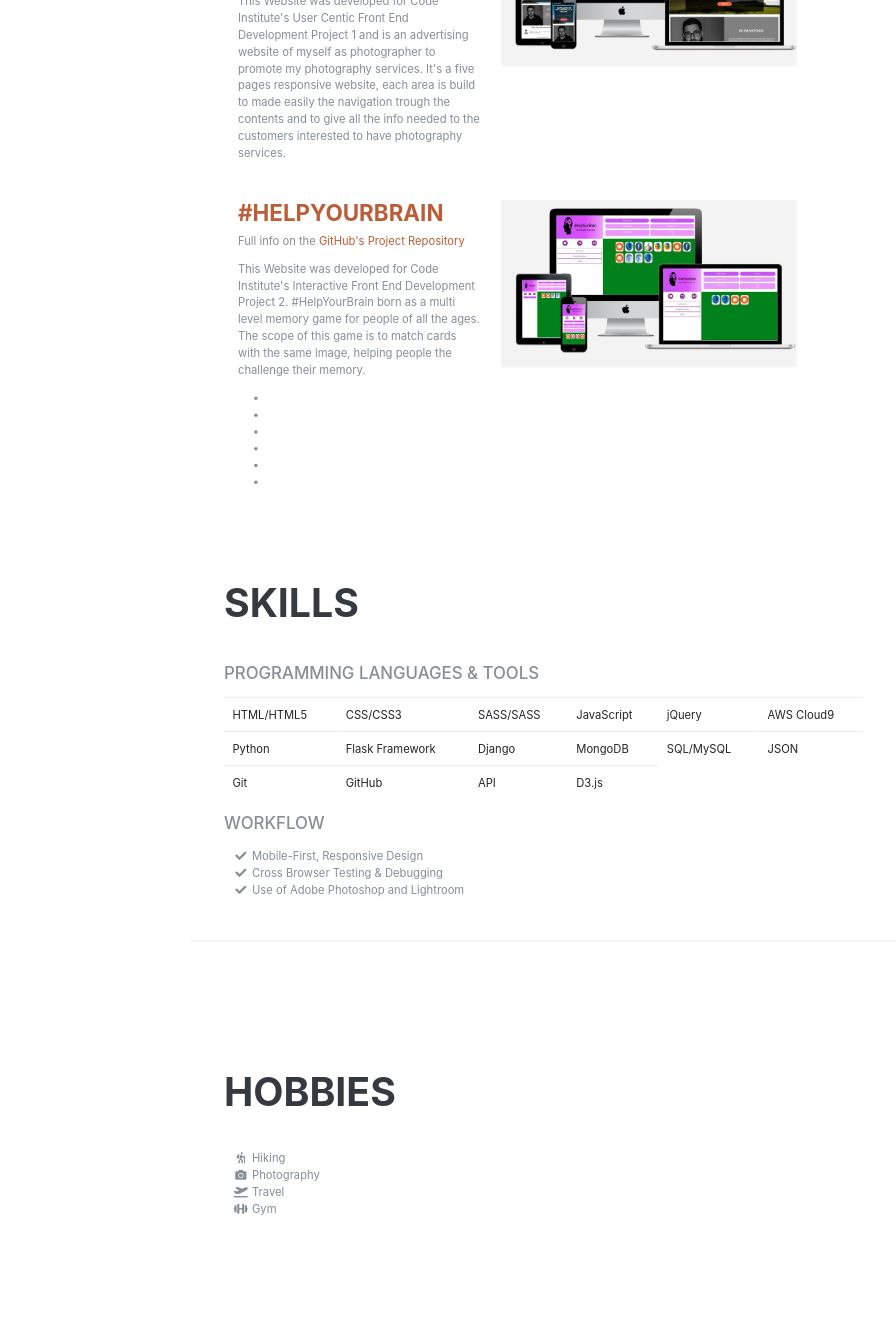
Repository: gello94/antonio_augello_online_Resume
Page: http://localhost/
The author's editor kept a record of every edit. The page is drawn from the files as they stood at one moment, then again after the next edit.
The browser window is 1280 px wide. The pictures show the part of the page from y = 2642 to 4562 px (the page is 4562 px tall before and 4514 px after), at 70% of full size.
Some web fonts or font styles are not loaded; a fallback is used. The page is served by the project's application, run on Flask 3 (run.py). Other server files are loaded and not shown.

Above is the page before.

### templates/index.html
<!DOCTYPE html>
<html lang="en">

<head>

  <meta charset="utf-8">
  <meta name="viewport" content="width=device-width, initial-scale=1, shrink-to-fit=no">
  <meta name="description" content="">
  <meta name="author" content="">

  <title>Resume - Start Bootstrap Theme</title>

  <!-- Bootstrap core CSS -->
  <link href="{{ url_for('static', filename='vendor/bootstrap/css/bootstrap.min.css')}}" rel="stylesheet">

  <!-- Custom fonts for this template -->
  <link href="https://fonts.googleapis.com/css?family=Saira+Extra+Condensed:500,700" rel="stylesheet">
  <link href="https://fonts.googleapis.com/css?family=Muli:400,400i,800,800i" rel="stylesheet">
  <link href="{{ url_for('static', filename='vendor/fontawesome-free/css/all.min.css')}}" rel="stylesheet">

  <!-- Custom styles for this template -->
  <link href="{{ url_for('static', filename='css/resume.min.css')}}" rel="stylesheet">
  <link href="{{ url_for('static', filename='css/main.css')}}" rel="stylesheet">

</head>

<body id="page-top">

  <nav class="navbar navbar-expand-lg navbar-dark bg-primary fixed-top" id="sideNav">
    <a class="navbar-brand js-scroll-trigger" href="#page-top">
      <span class="d-block d-lg-none">Antonio Augello</span>
      <span class="d-none d-lg-block">
        <img class="img-fluid img-profile rounded-circle mx-auto mb-2" src="static/img/img_profile.jpg" alt="Profile Image">
      </span>
    </a>
    <button class="navbar-toggler" type="button" data-toggle="collapse" data-target="#navbarSupportedContent" aria-controls="navbarSupportedContent" aria-expanded="false" aria-label="Toggle navigation">
      <span class="navbar-toggler-icon"></span>
    </button>
    <div class="collapse navbar-collapse" id="navbarSupportedContent">
      <ul class="navbar-nav">
        <li class="nav-item">
          <a class="nav-link js-scroll-trigger" href="#about">About</a>
        </li>

        <li class="nav-item">
          <a class="nav-link js-scroll-trigger" href="#education">Education</a>
        </li>
        <li class="nav-item">
          <a class="nav-link js-scroll-trigger" href="#experience">Experience</a>
        </li>
        <li class="nav-item">
          <a class="nav-link js-scroll-trigger" href="#skills">Skills</a>
        </li>
        <li class="nav-item">
          <a class="nav-link js-scroll-trigger" href="#interests">Interests</a>
        </li>
      </ul>
    </div>
  </nav>

  <div class="container-fluid p-0">

    <!-- Header -->
    <section class="resume-section p-3 p-lg-5 d-flex align-items-center" id="about">
      <div class="w-100">
        <h1 class="mb-0">Antonio
          <span class="text-primary">Augello</span>
        </h1>
        <div class="subheading mb-5">62 Fisherman's Quay, Grove Island, Co. Limerick · (+353) 85285293 ·
          <a href="mailto:name@email.com">toni.gello94@gmail.com</a>
        </div>
        <p class="lead mb-5">Working as a Nurse, currently studying at Code Institute to be a Full Stack Software Web Developer, passionate about Web Software Development and UX/UI. Photographer as hobbyist with Knowledge of Adobe Photoshop and Adobe Lightroom. My actual
          goal is to be a Full Stack Wed Developer following my passion that i grow since I was a kid</p>
        <div class="social-icons">
          <a href="https://www.linkedin.com/in/antonio-augello-aba83911a/">
            <i class="fab fa-linkedin-in"></i>
          </a>
          <a href="https://github.com/gello94">
            <i class="fab fa-github"></i>
          </a>
        </div>
      </div>
    </section>
    <!-- /Header -->

    <hr class="m-0">

    <!-- Education Section -->
    <section class="resume-section p-3 p-lg-5 d-flex align-items-center" id="education">
      <div class="w-100">
        <h2 class="mb-5">Education</h2>

        <div class="resume-item d-flex flex-column flex-md-row justify-content-between mb-5">
          <div class="resume-content">
            <h3 class="mb-0">Code Institute</h3>
            <div class="subheading mb-3">Full Stack Diploma in Software Development</div>
            <div>Modules: </div>
            <p>HTML Fundamentals ~ CSS Fundamentals~ JavaScript Fundamentals ~ Python Fundamentals ~Practical Python ~User Centric Frontend Development~ Interactive Centric Frontend Development </p>
          </div>
          <div class="resume-date text-md-right">
            <span class="text-primary">August 2018 - Present</span>
          </div>
        </div>

        <div class="resume-item d-flex flex-column flex-md-row justify-content-between">
          <div class="resume-content">
            <h3 class="mb-0">University of Studies "G. D'Annunzio" of Chieti</h3>
            <div class="subheading mb-3">Nursing Degree </div>
          </div>
          <div class="resume-date text-md-right">
            <span class="text-primary">September 2013 - July 2016</span>
          </div>
        </div>
      </div>
    </section>
    <!-- /Education Section -->

    <hr class="m-0">

    <!-- Experience Section -->
    <section class="resume-section p-3 p-lg-5 d-flex justify-content-center" id="experience">
      <div class="w-100">
        <h2 class="mb-5">Experience</h2>

        <div class="resume-item d-flex flex-column flex-md-row justify-content-between mb-5">
          <div class="resume-content">
            <h3 class="mb-0">HDU Staff Nurse </h3>
            <div class="subheading mb-3">High Dependency Unit - University Hospital Limerick </div>
            <div>Main Role and Responsibilities: </div>
            <ul>
              <li>Maintain the prepared standard protocol of asepsis strictly.</li>
              <li>Check all electrical points, pipe line 02, in built suckers for proper working condition. </li>
              <li>Communicate with concerned person for proper maintenance of unit. </li>
              <li>Prepare the drugs, crash trolley, etc. properly. </li>
              <li>Check Oxygen, Carbon dioxide, Nitrous Oxide etc. for proper use. </li>
              <li>Check monitor, ventilator, all life saving gadgets for proper working condition. </li>
              <li>Provide special care to the patient guided by the Medical Officer e.g. endo-trachial suction. </li>
            </ul>

          </div>
          <div class="resume-date text-md-right">
            <span class="text-primary">June 2017 - January 2019</span>
          </div>
        </div>

        <div class="resume-item d-flex flex-column flex-md-row justify-content-between mb-5">
          <div class="resume-content">
            <h3 class="mb-0">Orthopedic Staff Nurse </h3>
            <div class="subheading mb-3">Croom Hospital - University Hospital Limerick </div>
            <div>Main Role and Responsibilities: </div>
            <ul>
              <li>Manage post operative pain and surgical site.</li>
              <li>Assess patient's condition and monitor post-surgical recover. </li>
              <li>Implement post-surgical treatment plan and provide detailed report to medical/ nurse for patient transfer/admission. </li>
              <li>Identify/Initiate emergent situations and procedures. </li>
              <li>Provide patient care according to the hospital processes, policies and procedures. </li>
              <li> Recognize clinical abnormalities then communicated with anesthesiologist in reference to diagnosing and treating of clinical problems. </li>
              <li> Ensure care provided is in accordance with standards established by the HSE, NMBI, HIQA, and other regulatory agencies. </li>
              <li>Provide acute care for post-operative patients recovering from anesthesia in POCU.</li>
              <li>Educate and support patient and family on care of patient.</li>
            </ul>

          </div>
          <div class="resume-date text-md-right">
            <span class="text-primary">January 2019 - Present</span>
          </div>
        </div>

      </div>

    </section>
    <!-- /Experience Section -->

    <hr class="m-0">

    <!-- Portfolio Section -->
    <section class="resume-section p-3 p-lg-5 d-flex align-items-center" id="skills">
      <div class="w-100">
        <h2 class="mb-5">Portfolio</h2>

        <!-- Portfolio Grid Items -->
        <div class="row">

          <!--Portfolio 1-->
          <div class="portfolio-section">
            <div class="col-12">
              <div class="row">
                <div class="col-xs-12 col-md-5">
                  <div class="portfolio-head">
                    <h3><a href="https://gello94.github.io/first-milestone-antonio/" target="_blank">Augello PhotoWorld</a></h3>
                  </div>
                  <div class="info_project">
                    <p>Full info on the <a href="https://github.com/gello94/first-milestone-antonio">GitHub's Project Repository</a></p>
                    <p>This Website was developed for Code Institute's User Centic Front End Development Project 1 and is an advertising website of myself as photographer to promote my photography services. It's a five pages responsive website, each area
                      is build to made easily the navigation trough the contents and to give all the info needed to the customers interested to have photography services.
                    </p>
                  </div>
                </div>
                <div class="col-xs-12 col-md-7">
                  <div class="Portfolio-body">
                    <img class="img-fluid img_portfolio" src="static/img/project1.jpg" alt="Project 1">
                  </div>
                </div>
              </div>
            </div>
          </div>

          <hr class="m-0">

          <!--Portfolio 2-->
          <div class="portfolio-section">
            <div class="col-12">
              <div class="row">
                <div class="col-xs-12 col-md-5">
                  <div class="portfolio-head">
                    <h3><a href="https://gello94.github.io/second-milestone-antonio/" target="_blank">#HELPYOURBRAIN</a></h3>
                  </div>
                  <div class="info_project">
                    <p>Full info on the <a href="https://github.com/gello94/second-milestone-antonio">GitHub's Project Repository</a></p>
                    <p>This Website was developed for Code Institute's Interactive Front End Development Project 2. #HelpYourBrain born as a multi level memory game for people of all the ages. The scope of this game is to match cards with the same image,
                      helping people the challenge their memory.</p>
                    <div class="list_technologies">
                      <ul>
                        <li></li>
                        <li></li>
                        <li></li>
                        <li></li>
                        <li></li>
                        <li></li>
                      </ul>
                    </div>
                  </div>
                </div>
                <div class="col-xs-12 col-md-7">
                  <div class="Portfolio-body">
                    <img class="img-fluid img_portfolio" src="static/img/project2.jpg" alt="Project 1">
                  </div>
                </div>
              </div>

            </div>
          </div>

          <!-- /.row -->

        </div>
    </section>


    <!-- Skills Section -->
    <section class="resume-section p-3 p-lg-5 d-flex align-items-center" id="skills">
      <div class="w-100">
        <h2 class="mb-5">Skills</h2>

        <div class="subheading mb-3">Programming Languages &amp; Tools</div>
        <table class="table">
          <thead>

          </thead>
          <tbody>
            <tr>
              <td>HTML/HTML5</td>
              <td>CSS/CSS3</td>
              <td>SASS/SASS</td>
              <td>JavaScript</td>
              <td>jQuery</td>
              <td>AWS Cloud9</td>
            </tr>
            <tr>
              <td>Python</td>
              <td>Flask Framework</td>
              <td>Django</td>
              <td>MongoDB</td>
              <td>SQL/MySQL</td>
              <td>JSON</td>
            </tr>
            <tr>
              <td>Git</td>
              <td>GitHub</td>
              <td>API</td>
              <td>D3.js</td>
            </tr>
          </tbody>
        </table>
        </ul>

        <div class="subheading mb-3">Workflow</div>
        <ul class="fa-ul mb-0">
          <li>
            <i class="fa-li fa fa-check"></i> Mobile-First, Responsive Design</li>
          <li>
            <i class="fa-li fa fa-check"></i> Cross Browser Testing &amp; Debugging</li>
          <li>
            <i class="fa-li fa fa-check"></i> Use of Adobe Photoshop and Lightroom</li>
        </ul>
      </div>

    </section>

    <hr class="m-0">

    <!-- Hobbies Section -->
    <section class="resume-section p-3 p-lg-5 d-flex align-items-center" id="interests">
      <div class="w-100">
        <h2 class="mb-5">Hobbies</h2>
        <div class="subheading mb-3"></div>
        <ul class="fa-ul mb-0">
          <li>
            <i class="fa-li fa fa-hiking"></i> Hiking
          </li>
          <li>
            <i class="fa-li fa fa-camera"></i> Photography
          </li>
          <li>
            <i class="fa-li fa fa-plane-departure"></i> Travel
          </li>
          <li>
            <i class="fa-li fa fa-dumbbell"></i> Gym </li>
        </ul>
      </div>
    </section>
    <!-- /Hobbies Section -->

    </div>

    <!-- Bootstrap core JavaScript -->
    <script src="{{ url_for('static', filename='vendor/jquery/jquery.min.js')}}"></script>
    <script src="{{ url_for('static', filename='vendor/bootstrap/js/bootstrap.bundle.min.js')}}"></script>

    <!-- Plugin JavaScript -->
    <script src="{{ url_for('static', filename='vendor/jquery-easing/jquery.easing.min.js')}}"></script>

    <!-- Custom scripts for this template -->
    <script src="{{ url_for('static', filename='js/resume.min.js')}}"></script>

</body>

</html>

### run.py
import os
from flask import Flask, render_template

app = Flask(__name__)
app.secret_key = "some_secret"

@app.route('/')
def index():
    return render_template("index.html")


if __name__ == '__main__':
    app.run(host=os.environ.get('IP'),
            port=int(os.environ.get("PORT")),
            debug=True)

### static/css/main.css
#sideNav .navbar-brand .img-profile {
    border: 0px;
}

#sideNav .navbar-brand .img-profile:hover:active {

    -ms-transform: scale(1.5, 1.5);
    /* IE 9 */
    -webkit-transform: scale(1.5, 1.5);
    /* Safari 3-8 */
    transform: scale(1.5, 1.5);
    margin-bottom: 15px;
}

@media (min-width: 992px) {
    #sideNav .navbar-brand {

        padding-bottom: 1.5rem;
    }
}

.d-block .d-lg-none {
    padding-bottom: 15px;
}

.bg-primary {
    background-color: #ea5914!important;
}

.text-primary {
    color: #ea5914!important;
}

@media (min-width: 768px) {
    section.resume-section {
        min-height: 80vh!important;
    }
}

@media (min-width: 992px) {
    section.resume-section {
        padding-top: 2rem!important;
        padding-bottom: 2rem!important;
    }
}

.img_portfolio {
    height: auto;
    max-height: 85%;
    width: auto;
    max-width: 85%;
}

.portfolio-section {
    padding: 20px;
    width: 100%;
}

Loaded but not shown: static/css/resume.min.css (library); static/js/resume.min.js (common file)

After the next edit:
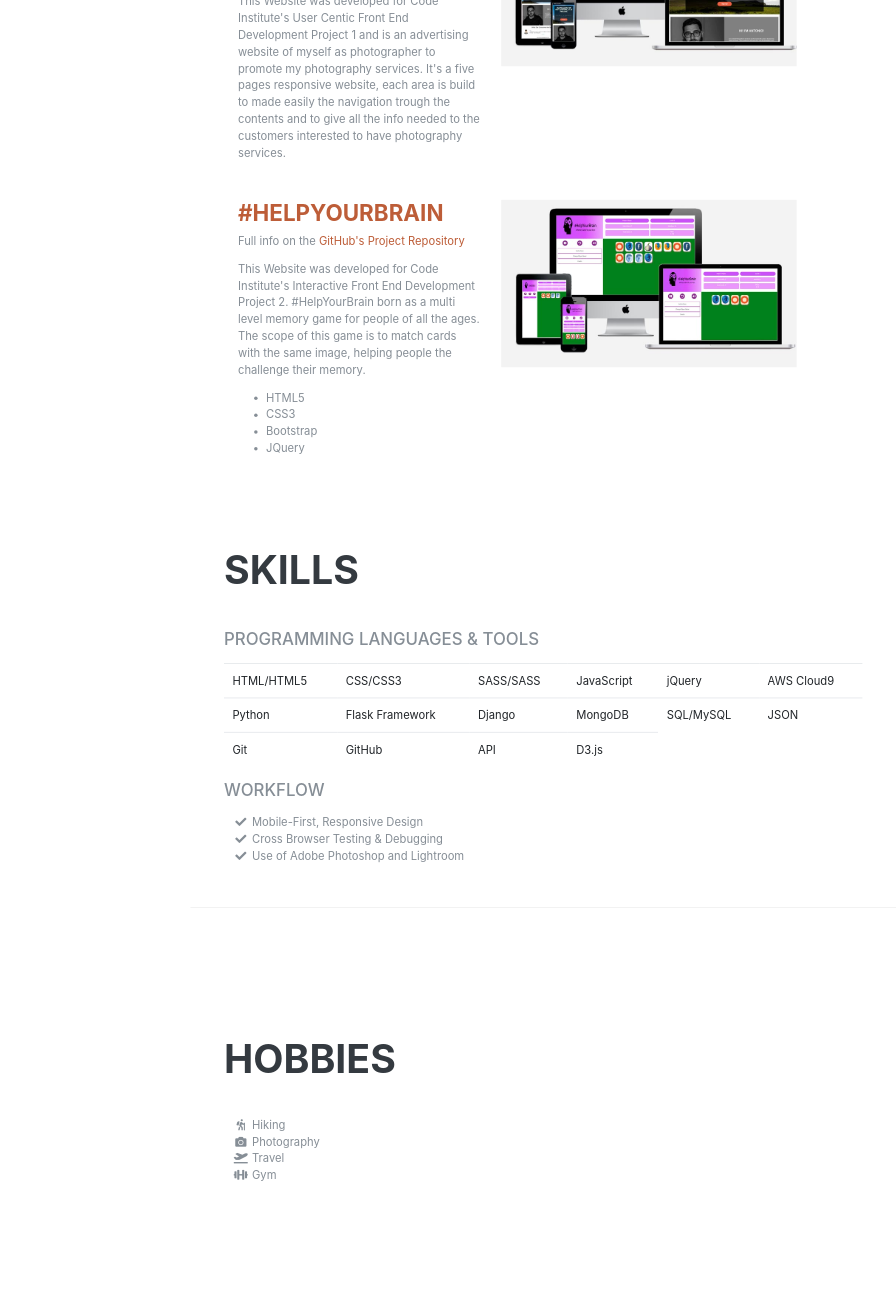
The edit:
--- a/templates/index.html
+++ b/templates/index.html
@@ -221,12 +221,10 @@
                       helping people the challenge their memory.</p>
                     <div class="list_technologies">
                       <ul>
-                        <li></li>
-                        <li></li>
-                        <li></li>
-                        <li></li>
-                        <li></li>
-                        <li></li>
+                        <li>HTML5</li>
+                        <li>CSS3</li>
+                        <li>Bootstrap</li>
+                        <li>JQuery</li>
                       </ul>
                     </div>
                   </div>
